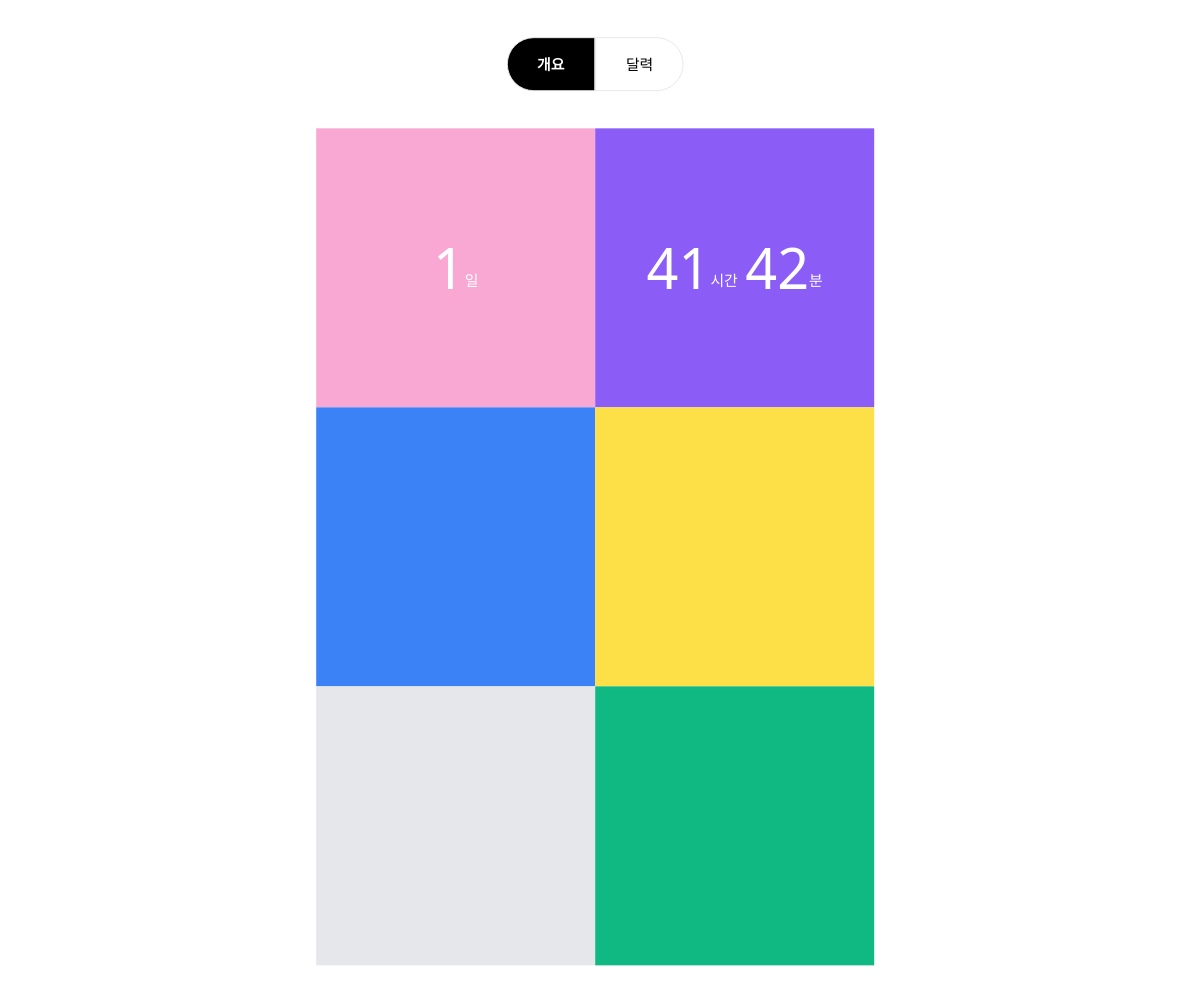
Repository: honey-punch/my-alcohol
Page: /
These files come from the project's save history. The page is drawn as it stood at one moment and after the next save; the edit follows.
The browser window is 1280 px wide. The pictures show the whole page, at 93% of full size.
The project was rebuilt for these pictures with package versions that can differ from the ones it lists, and the page was loaded fresh each time. The framework's server and built-in components were replaced by stand-ins that run in the browser. Also part of the build but not shown: next.config.ts, src/app/_component/Calendar.tsx.

Above is the page before, as saved 2025-02-10 16:06:00.

### src/app/page.tsx
"use client";

import { useState } from "react";
import Summary from "./_component/Summary";
import Calendar from "./_component/Calendar";

type ViewType = "summary" | "calendar";

export default function Home() {
  // useState
  const [viewType, setViewType] = useState<ViewType>("summary");

  // functions
  function handleChangeViewType() {
    if (viewType === "summary") {
      setViewType("calendar");
    } else {
      setViewType("summary");
    }
  }

  return (
    <div className="w-full flex flex-col items-center p-10 gap-10">
      <div onClick={handleChangeViewType} className="flex">
        <button
          className={`${
            viewType === "summary"
              ? "bg-black text-white font-black"
              : "hover:bg-black/20"
          } rounded-s-full border px-8 py-4 transition-colors`}
        >
          개요
        </button>
        <button
          className={`${
            viewType === "calendar"
              ? "bg-black text-white font-black"
              : "hover:bg-black/20"
          } rounded-e-full border px-8 py-4 transition-colors`}
        >
          달력
        </button>
      </div>
      {viewType === "summary" ? <Summary /> : <Calendar />}
    </div>
  );
}

### src/app/_component/Summary.tsx
const BOX_SIZE = 300;

export default function Summary() {
  const today = new Date();

  // TODO - DB에서 받아온 술마신 날들 중 가장 마지막 날
  const lastDay = new Date("2025-02-08T22:00:00");

  // 1, 2번 박스
  const diffMs = Math.abs(today.getTime() - lastDay.getTime());
  const diffDay = Math.floor(diffMs / (1000 * 60 * 60 * 24));
  const diffHour = Math.floor(diffMs / (1000 * 60 * 60));
  const diffMin = Math.floor((diffMs % (1000 * 60 * 60)) / (1000 * 60));
  const diffTime = { diffHour, diffMin };

  // 3번 박스

  // 4번 박스
  // TODO - DB에 저장해볼까
  const wiseSaying = [
    "내가 또 술을 마시면 개다.",
    "간한테 미안하지도 않냐?",
    "간: 차라리 죽여줘...",
    "술마시면 하루가 날라간다.",
    "안마셔도 생각보다 괜찮다.",
    "마시고 후회하지말고 작작마셔라.",
  ];
  const randomWiseSaying =
    wiseSaying[Math.floor(Math.random() * wiseSaying.length)];

  return (
    <div className="grid grid-cols-2">
      <div
        style={{ width: `${BOX_SIZE}px`, height: BOX_SIZE }}
        className="bg-pink-300 text-white flex justify-center items-center"
      >
        <span className="text-6xl">{diffDay}</span>
        <span className="mt-7">일</span>
      </div>
      <div
        style={{ width: `${BOX_SIZE}px`, height: BOX_SIZE }}
        className="bg-violet-500 text-white flex justify-center items-center"
      >
        <span className="text-6xl">{diffTime.diffHour}</span>
        <span className="mt-7 mr-2">시간</span>
        <span className="text-6xl">{diffTime.diffMin}</span>
        <span className="mt-7">분</span>
      </div>
      <div
        style={{ width: `${BOX_SIZE}px`, height: BOX_SIZE }}
        className="bg-blue-500 text-white flex justify-center items-center text-3xl"
      ></div>
      <div
        style={{ width: `${BOX_SIZE}px`, height: BOX_SIZE }}
        className="bg-yellow-300 text-white flex justify-center items-center text-3xl"
      ></div>
      <div
        style={{ width: `${BOX_SIZE}px`, height: BOX_SIZE }}
        className="bg-gray-200 text-white flex justify-center items-center text-3xl"
      ></div>
      <div
        style={{ width: `${BOX_SIZE}px`, height: BOX_SIZE }}
        className="bg-emerald-500 text-white flex justify-center items-center text-3xl"
      ></div>
    </div>
  );
}

Loaded but not shown: src/app/layout.tsx (common file); src/app/globals.css (common file); tailwind.config.ts (common file)

After the next save:
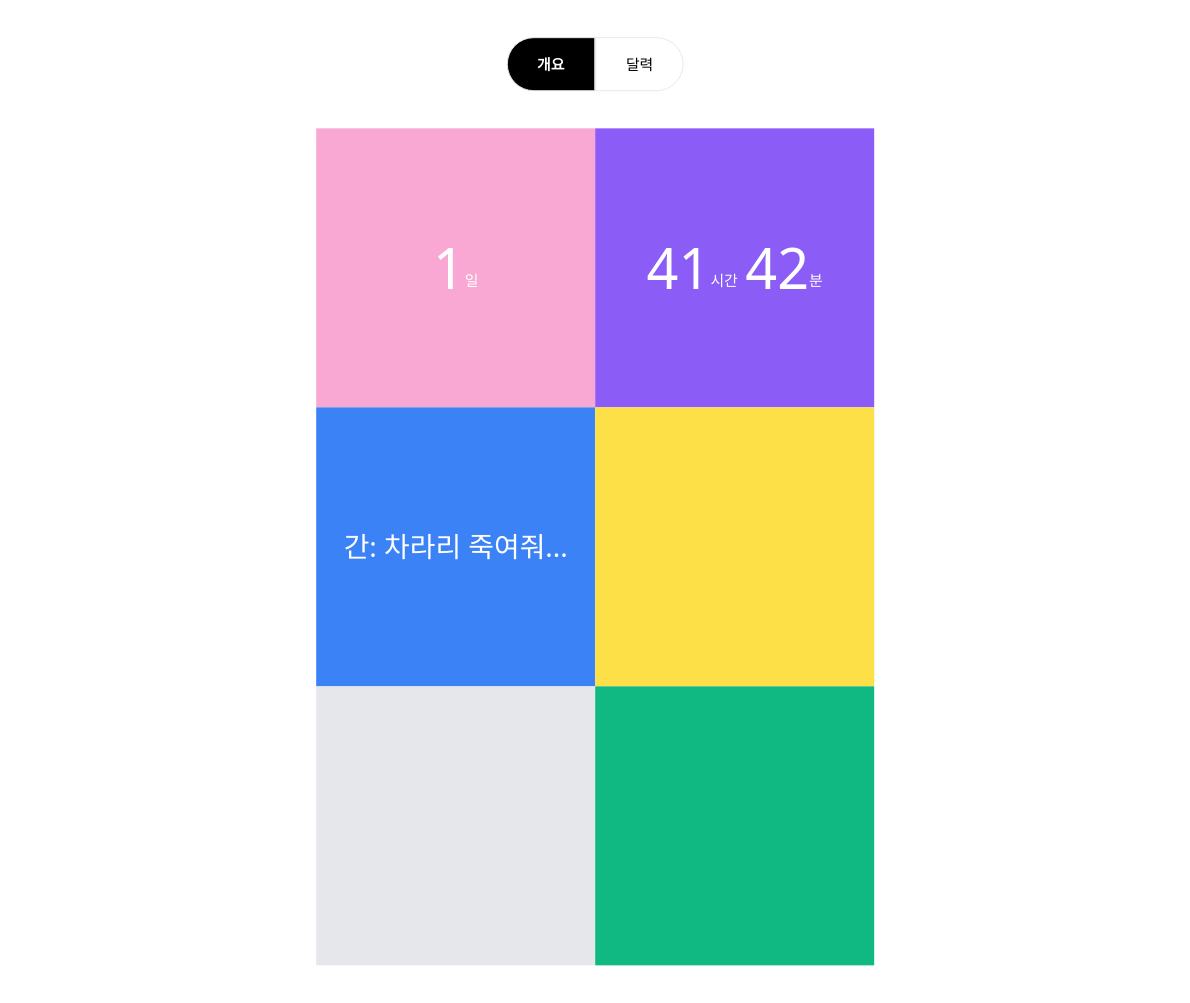
Saved 7 s later.
--- a/src/app/_component/Summary.tsx
+++ b/src/app/_component/Summary.tsx
@@ -49,7 +49,9 @@ export default function Summary() {
       <div
         style={{ width: `${BOX_SIZE}px`, height: BOX_SIZE }}
         className="bg-blue-500 text-white flex justify-center items-center text-3xl"
-      ></div>
+      >
+        {randomWiseSaying}
+      </div>
       <div
         style={{ width: `${BOX_SIZE}px`, height: BOX_SIZE }}
         className="bg-yellow-300 text-white flex justify-center items-center text-3xl"
